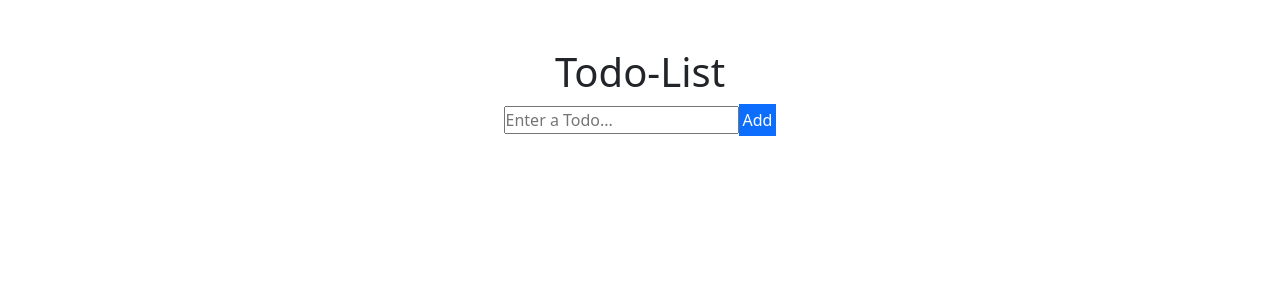
Repository: kieuduc123/Todo-List
Page: /
These files come from the project's save history. The page is drawn as it stood at one moment and after the next save; the edit follows.
The browser window is 1280 px wide. The pictures show the whole page.
The project was rebuilt for these pictures with package versions that can differ from the ones it lists, and the page was loaded fresh each time.

Above is the page before, as saved 2024-02-14 20:09:58.

### public/index.html
<!DOCTYPE html>
<html lang="en">

<head>
  <meta charset="utf-8" />
  <link rel="icon" href="%PUBLIC_URL%/favicon.ico" />
  <meta name="viewport" content="width=device-width, initial-scale=1" />
  <meta name="theme-color" content="#000000" />
  <meta name="description" content="Web site created using create-react-app" />
  <link rel="apple-touch-icon" href="%PUBLIC_URL%/logo192.png" />
  <link href="https://cdn.jsdelivr.net/npm/bootstrap@5.3.2/dist/css/bootstrap.min.css" rel="stylesheet"
    integrity="sha384-T3c6CoIi6uLrA9TneNEoa7RxnatzjcDSCmG1MXxSR1GAsXEV/Dwwykc2MPK8M2HN" crossorigin="anonymous">
</head>
<link rel="stylesheet" href="https://cdnjs.cloudflare.com/ajax/libs/font-awesome/6.5.1/css/all.min.css"
  integrity="sha512-DTOQO9RWCH3ppGqcWaEA1BIZOC6xxalwEsw9c2QQeAIftl+Vegovlnee1c9QX4TctnWMn13TZye+giMm8e2LwA=="
  crossorigin="anonymous" referrerpolicy="no-referrer" />
<!--
      manifest.json provides metadata used when your web app is installed on a
      user's mobile device or desktop. See https://developers.google.com/web/fundamentals/web-app-manifest/
    -->
<link rel="manifest" href="%PUBLIC_URL%/manifest.json" />

<title>TODO-LIST</title>
</head>

<body>
  <noscript>You need to enable JavaScript to run this app.</noscript>
  <div id="root"></div>
  <!--
      This HTML file is a template.
      If you open it directly in the browser, you will see an empty page.

      You can add webfonts, meta tags, or analytics to this file.
      The build step will place the bundled scripts into the <body> tag.

      To begin the development, run `npm start` or `yarn start`.
      To create a production bundle, use `npm run build` or `yarn build`.
    -->
  <script src="https://cdn.jsdelivr.net/npm/bootstrap@5.3.2/dist/js/bootstrap.bundle.min.js"
    integrity="sha384-C6RzsynM9kWDrMNeT87bh95OGNyZPhcTNXj1NW7RuBCsyN/o0jlpcV8Qyq46cDfL"
    crossorigin="anonymous"></script>
</body>

</html>

### src/index.js
import React from "react";
import ReactDOM from "react-dom/client";

import App from "./App";

const root = ReactDOM.createRoot(document.getElementById("root"));
root.render(
    <React.StrictMode>
        <App />
    </React.StrictMode>
);

// If you want to start measuring performance in your app, pass a function
// to log results (for example: reportWebVitals(console.log))
// or send to an analytics endpoint. Learn more: https://bit.ly/CRA-vitals

### src/App.js
import React, { useEffect, useState } from "react";
import Header from "./components/Header";
import Form from "./components/Form";
import TodosList from "./components/TodosList";
import "./App.css";
const App = () => {
    const initialState = JSON.parse(localStorage.getItem("todo")) || [];
    const [input, setInput] = useState("");
    const [todos, setTodos] = useState(initialState);
    const [editTodo, setEditTodo] = useState(null);

    useEffect(() => {
        localStorage.setItem("todo", JSON.stringify(todos));
    }, [todos]);
    return (
        <div className="container">
            <div className="app-wrapper ">
                <div className="text-center mt-5">
                    <Header />
                </div>
                <div>
                    <Form
                        input={input}
                        setInput={setInput}
                        todos={todos}
                        setTodos={setTodos}
                        editTodo={editTodo}
                        setEditTodo={setEditTodo}
                    />
                </div>
                <div>
                    <TodosList
                        todos={todos}
                        setTodos={setTodos}
                        setEditTodo={setEditTodo}
                    />
                </div>
            </div>
        </div>
    );
};

export default App;

### src/components/Header.js
import React from "react";

const Header = () => {
    return (
        <div className="header">
            <h1 className="">Todo-List </h1>
        </div>
    );
};

export default Header;

### src/components/Form.js
import React, { useEffect } from "react";
import { v4 as uuidv4 } from "uuid";

const Form = ({ input, setInput, todos, setTodos, editTodo, setEditTodo }) => {
    const updateTodo = (title, id, completed) => {
        const newTodo = todos.map((todo) =>
            todo.id === id ? { title, id, completed } : todo
        );
        setTodos(newTodo);
        setEditTodo("");
    };

    useEffect(() => {
        if (editTodo) {
            setInput(editTodo.title);
        } else {
            setInput("");
        }
    }, [setInput, editTodo]);

    const onInputChang = (e) => {
        setInput(e.target.value);
    };

    const onFormSubmit = (e) => {
        e.preventDefault();
        if (!editTodo) {
            setTodos([
                ...todos,
                { id: uuidv4(), title: input, completed: false },
            ]);
            setInput("");
        } else {
            updateTodo(input, editTodo.id, editTodo.completed);
        }
    };
    return (
        <form
            onSubmit={onFormSubmit}
            className="d-flex justify-content-center align-items-center"
        >
            <input
                placeholder="Enter a Todo..."
                className="task-input p"
                type="text"
                value={input}
                required
                onChange={onInputChang}
            />
            <button
                type="submit"
                className=" bg-primary text-white border-0 p-1"
            >
                {editTodo ? "OK" : " Add"}
            </button>
        </form>
    );
};

export default Form;

### src/components/TodosList.js
import React from "react";

const TodosList = ({ todos, setTodos, setEditTodo }) => {
    const handleDelete = ({ id }) => {
        setTodos(todos.filter((todo) => todo.id !== id));
    };
    const handleComplete = (todo) => {
        setTodos(
            todo.map((item) => {
                if (item.id === todo.id) {
                    return { ...item, completed: !item.completed };
                }
                return item;
            })
        );
    };
    const handleEdit = ({ id }) => {
        const findTodo = todos.find((todo) => todo.id === id);
        setEditTodo(findTodo);
    };
    return (
        <div className="mt-3 ">
            {todos.map((todo) => (
                <li
                    className="todo-list d-flex justify-content-center align-items-center"
                    key={todo.id}
                >
                    <input
                        className={`list ${todo.completed ? "complete" : ""}`}
                        type="text"
                        value={todo.title}
                        onChange={(e) => e.preventDefault()}
                    />
                    <div>
                        <button
                            className="button-complete"
                            onClick={() => handleComplete(todo)}
                        >
                            <i className="fa fa-check-circle"></i>
                        </button>
                        <button
                            className="button-edit"
                            onClick={() => handleEdit(todo)}
                        >
                            <i className="fa fa-edit"></i>
                        </button>
                        <button
                            className="button-delete"
                            onClick={() => handleDelete(todo)}
                        >
                            <i className="fa fa-trash"></i>
                        </button>
                    </div>
                </li>
            ))}
        </div>
    );
};
export default TodosList;

### src/App.css
*{
  margin: 0;
  padding: 0;
}
a ,li{
  list-style: none;
}
.App {
  text-align: center;
}

.App-logo {
  height: 40vmin;
  pointer-events: none;
}

@media (prefers-reduced-motion: no-preference) {
  .App-logo {
    animation: App-logo-spin infinite 20s linear;
  }
}

.App-header {
  background-color: #282c34;
  min-height: 100vh;
  display: flex;
  flex-direction: column;
  align-items: center;
  justify-content: center;
  font-size: calc(10px + 2vmin);
  color: white;
}

.App-link {
  color: #61dafb;
}

@keyframes App-logo-spin {
  from {
    transform: rotate(0deg);
  }
  to {
    transform: rotate(360deg);
  }
}

After the next save:
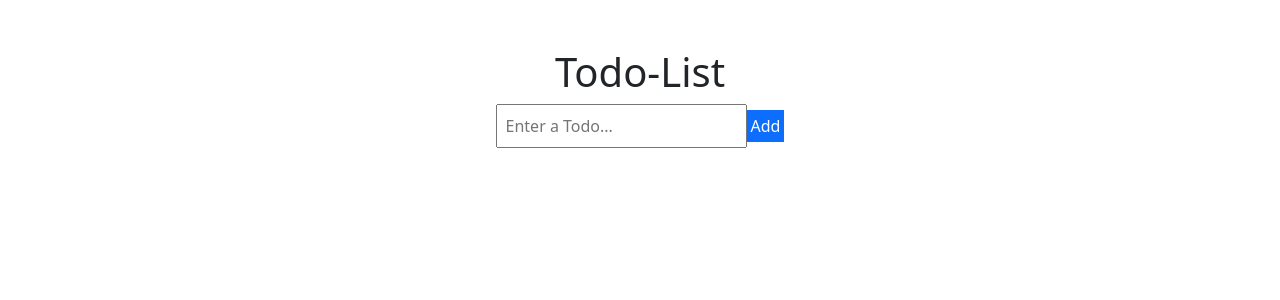
Saved 4 s later.
--- a/src/components/Form.js
+++ b/src/components/Form.js
@@ -41,7 +41,7 @@
         >
             <input
                 placeholder="Enter a Todo..."
-                className="task-input p"
+                className="task-input p-2"
                 type="text"
                 value={input}
                 required

After the save that followed:
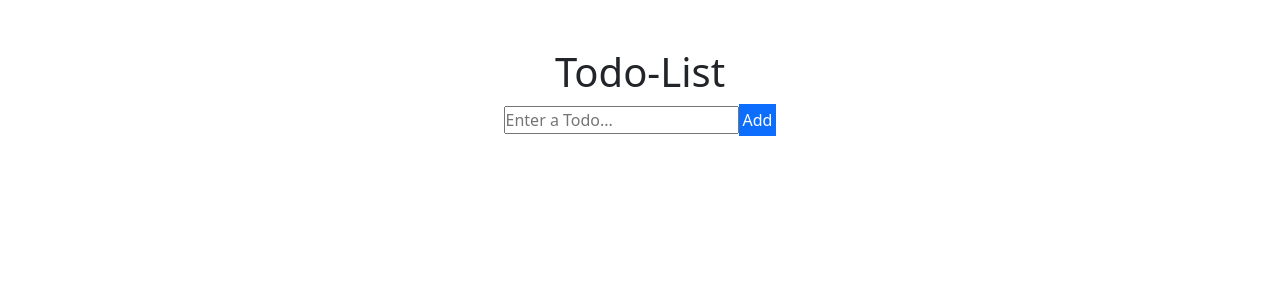
Saved 7 s later.
--- a/src/components/Form.js
+++ b/src/components/Form.js
@@ -41,7 +41,7 @@
         >
             <input
                 placeholder="Enter a Todo..."
-                className="task-input p-2"
+                className="task-input h-10"
                 type="text"
                 value={input}
                 required
